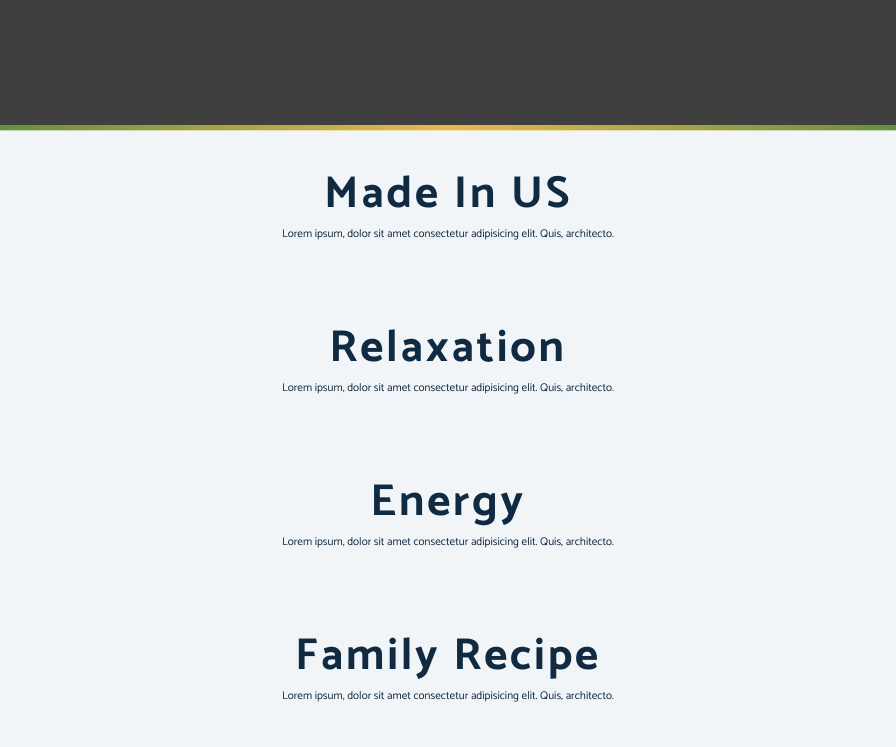
Repository: waniArif/tea-project
Page: index.html
These files come from the project's save history. The page is drawn as it stood at one moment and after the next save; the edit follows.
The browser window is 1280 px wide. The pictures show the part of the page from y = 541 to 2461 px (the page is 1608 px tall before and 2488 px after), at 70% of full size.
Pictures or frames that could not be fetched are drawn as grey boxes. Some icons come from a web library that is not loaded, so they are not drawn. Backgrounds fixed to the window are drawn as part of the page. Some web fonts or font styles are not loaded; a fallback is used.

Above is the page before, as saved 2021-07-04 15:13:48.
Console error: TypeError: Cannot read properties of null (reading 'addEventListener')

### index.html
<!DOCTYPE html>
<html lang="en">
  <head>
    <meta charset="UTF-8" />
    <meta name="viewport" content="width=device-width, initial-scale=1.0" />
    <meta http-equiv="X-UA-Compatible" content="ie=edge" />
    <title>Tea Station || Home</title>
    <!-- font-awesome -->
    <link
      rel="stylesheet"
      href="./fontawesome-free-5.12.1-web/css/all.min.css"
    />
    <!-- custom css -->
    <link rel="stylesheet" href="./css/styles.css" />
  </head>
  <body>
    <!-- navbar here -->
    <!-- header here -->

    <header class="header">
      <div class="banner">
        <h2>Over one hundred flavours</h2>
        <h1>
          Wani's<br />
          Crafted tea
        </h1>
        <a href="skills.html" class="btn banner-btn">explore</a>
      </div>
    </header>
    <!-- header ends here -->
    <div class="content-divider"></div>
    <!-- skills section -->

    <section class="skills clearfix">
      <!-- single skill -->
      <article class="skill">
        <span class="skill-icon">
          <i class="fas fa-mug-hot"></i>
        </span>
        <h4 class="skill-title">made in US</h4>
        <p class="skill-text">
          Lorem ipsum, dolor sit amet consectetur adipisicing elit. Quis,
          architecto.
        </p>
      </article>
      <!-- end of a single skill -->
      <!-- single skill -->
      <article class="skill">
        <span class="skill-icon">
          <i class="fas fa-glass-cheers"></i>
        </span>
        <h4 class="skill-title">relaxation</h4>
        <p class="skill-text">
          Lorem ipsum, dolor sit amet consectetur adipisicing elit. Quis,
          architecto.
        </p>
      </article>
      <!-- end of a single skill -->
      <!-- single skill -->
      <article class="skill">
        <span class="skill-icon">
          <i class="fas fa-bomb"></i>
        </span>
        <h4 class="skill-title">Energy</h4>
        <p class="skill-text">
          Lorem ipsum, dolor sit amet consectetur adipisicing elit. Quis,
          architecto.
        </p>
      </article>
      <!-- end of a single skill -->
      <!-- single skill -->
      <article class="skill">
        <span class="skill-icon">
          <i class="fas fa-mortar-pestle"></i>
        </span>
        <h4 class="skill-title">family recipe</h4>
        <p class="skill-text">
          Lorem ipsum, dolor sit amet consectetur adipisicing elit. Quis,
          architecto.
        </p>
      </article>
      <!-- end of a single skill -->
    </section>
    <!--  end of skills section -->

    <script src="app.js"></script>
  </body>
</html>

### css/styles.css
/*
===================
Fonts
===================
*/

@import url("https://fonts.googleapis.com/css?family=Catamaran:400,700|Grand+Hotel");

/*
===================
Variables
===================
*/

:root {
  --clr-primary: #678e3e;
  --clr-primarylight: #beed8c;
  --clr-grey-1: #102a42;
  --clr-grey-5: #617d98;
  --clr-grey-10: #f1f5f8;
  --clr-white: #fff;
  --ff-primary: "Catamaran", sans-serif;
  --ff-secondary: "Grand Hotel", cursive;
  --transition: all 0.3 linear;
  --spacing: 0.25rem;
  --radius: 0.5rem;
}

* {
  margin: 0;
  padding: 0;
  box-sizing: border-box;
}

body {
  font-family: var(--ff-primary);
  background: var(--clr-white);
  color: var(--clr-grey-1);
  line-height: 1.5rem;
  font-size: 0.875rem;
}

a {
  text-decoration: none;
}

img {
  width: 100%;
  display: block;
}

h1,
h2,
h3,
h4 {
  letter-spacing: var(--spacing);
  text-transform: capitalize;
  line-height: 1.25;
  margin-bottom: 0.75rem;
}

h1 {
  font-size: 3rem;
}

h2 {
  font-size: 2rem;
}

h3 {
  font-size: 1.5rem;
}

h4 {
  font-size: 0.875rem;
}

p {
  margin-bottom: 1.25rem;
}

@media screen and (min-width: 800px) {
  h1 {
    font-size: 4rem;
  }
  h2 {
    font-size: 2.5rem;
  }
  h3 {
    font-size: 2rem;
  }
  h4 {
    font-size: 4rem;
  }
  body {
    font-size: 1rem;
  }
  h1,
  h2,
  h3,
  h4 {
    line-height: 1;
  }
}

/* more global css */

.btn {
  text-transform: uppercase;
  background: var(--clr-primary);
  color: var(--clr-white);
  padding: 0.75rem 1rem;
  letter-spacing: var(--spacing);
  display: inline-block;
  font-weight: 700;
  transition: var(--transition);
  font-size: 1rem;
  border: none;
  cursor: pointer;
  box-shadow: 0 1px 3px rgba(0, 0, 0, 0.2);
}
.btn:hover {
  color: var(--clr-primary);
  background: var(--clr-primarylight);
}

/*
===================
Header
===================
*/

.header {
  min-height: 100vh;
  background: linear-gradient(rgba(0, 0, 0, 0.6), rgba(0, 0, 0, 0.6)),
    url("../images/main-bcg.jpeg") center/cover no-repeat fixed;

  position: relative;
  /* animation */
  overflow-x: hidden;
}

.banner {
  text-align: center;
  position: absolute;
  top: 50%;
  left: 50%;
  transform: translate(-50%, -50%);
}
.banner h2 {
  font-family: var(--ff-secondary);
  color: var(--clr-primary);
  /* animation */
}
.banner h1 {
  text-transform: uppercase;
  color: var(--clr-white);
  margin-top: 1.25rem;
  margin-bottom: 2rem;
  /* animation */
}
.banner-btn {
  outline: 0.125rem solid var(--clr-primary);
  outline-offset: 0.25rem;
  font-size: 1.25rem;
  padding: 1rem 1.75rem;
}

/* content-divider */

.content-divider {
  height: 0.5rem;
  background: linear-gradient(
    to left,
    var(--clr-primary),
    #e9b949,
    var(--clr-primary)
  );
}

/*
===================
Skills
===================
*/

.skills {
  background: var(--clr-grey-10);
}
.skill {
  padding: 2.5rem 0;
  text-align: center;
  transition: var(--transition);
}

.skill-icon {
  font-size: 2.5rem;
  margin-bottom: 1.25rem;
  transition: var(--transition);
  display: block;
}

Loaded but not shown: app.js (common file)

After the next save:
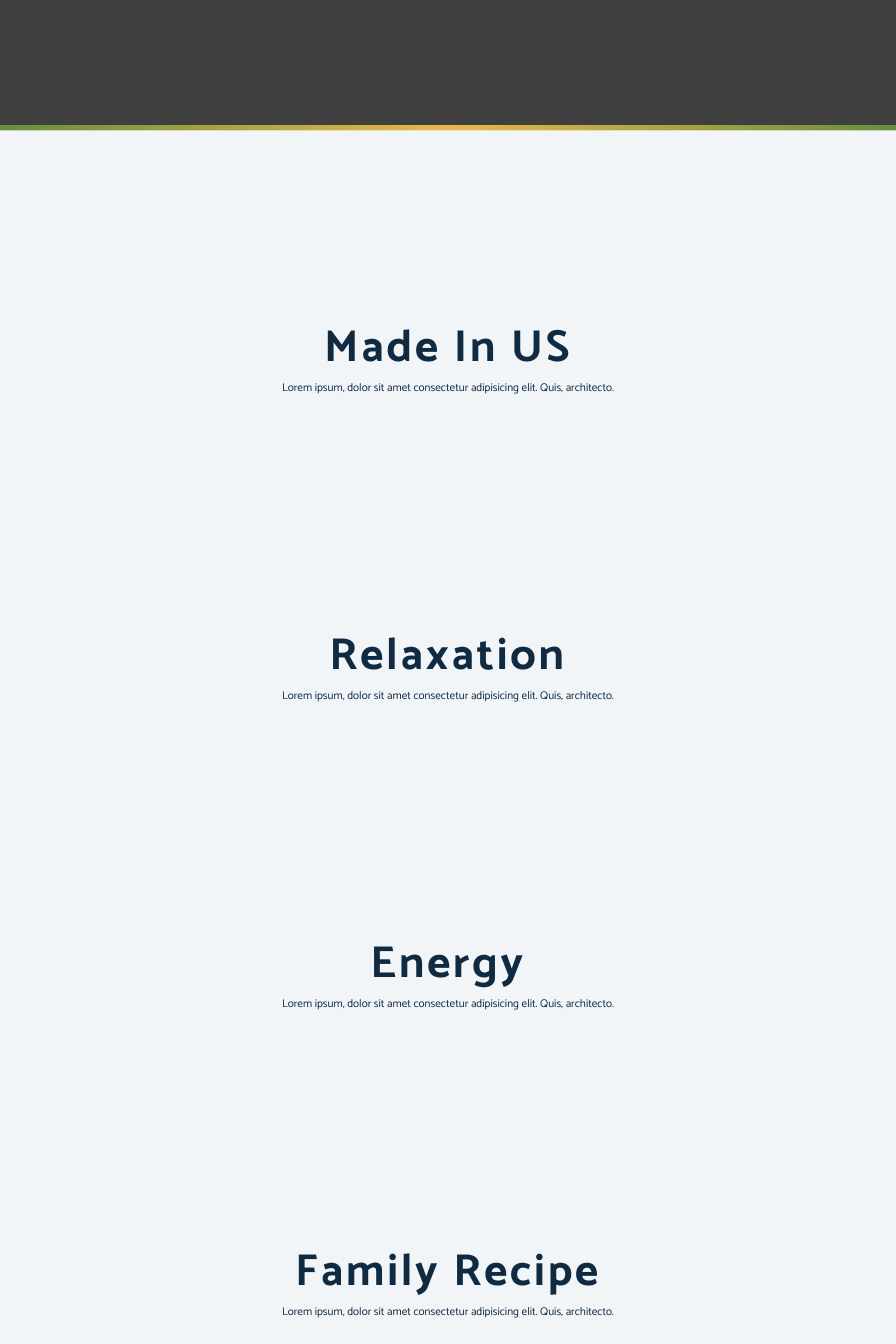
Saved 23 s later.
--- a/css/styles.css
+++ b/css/styles.css
@@ -195,7 +195,7 @@
 
 .skill-icon {
   font-size: 2.5rem;
-  margin-bottom: 1.25rem;
+  margin-bottom: 15rem;
   transition: var(--transition);
   display: block;
 }

After the save that followed:
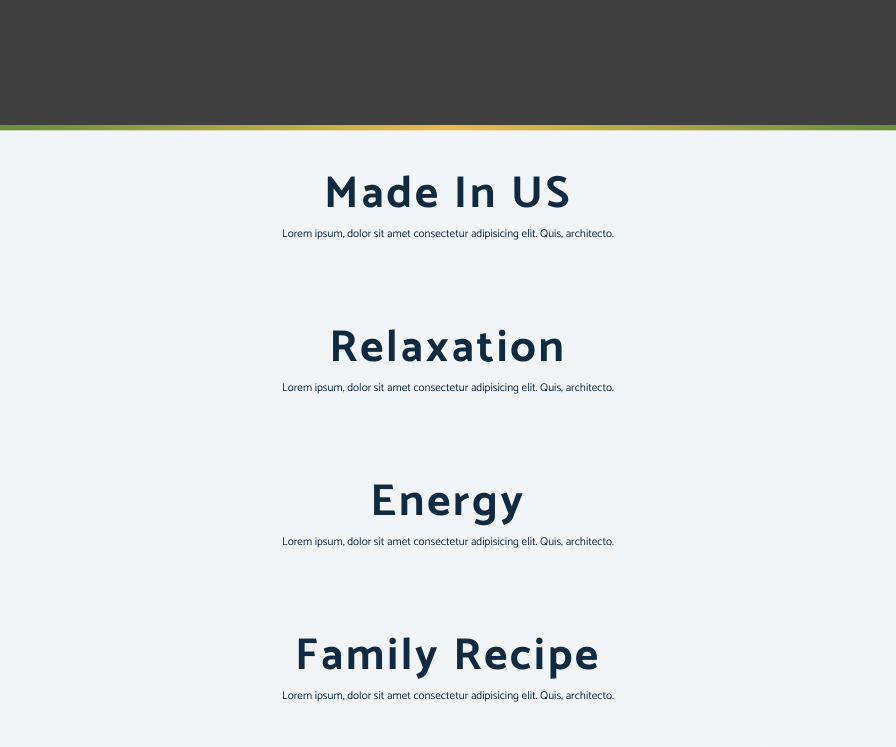
Saved 5 s later.
--- a/css/styles.css
+++ b/css/styles.css
@@ -195,7 +195,7 @@
 
 .skill-icon {
   font-size: 2.5rem;
-  margin-bottom: 15rem;
+  margin-bottom: 1.25rem;
   transition: var(--transition);
   display: block;
 }
